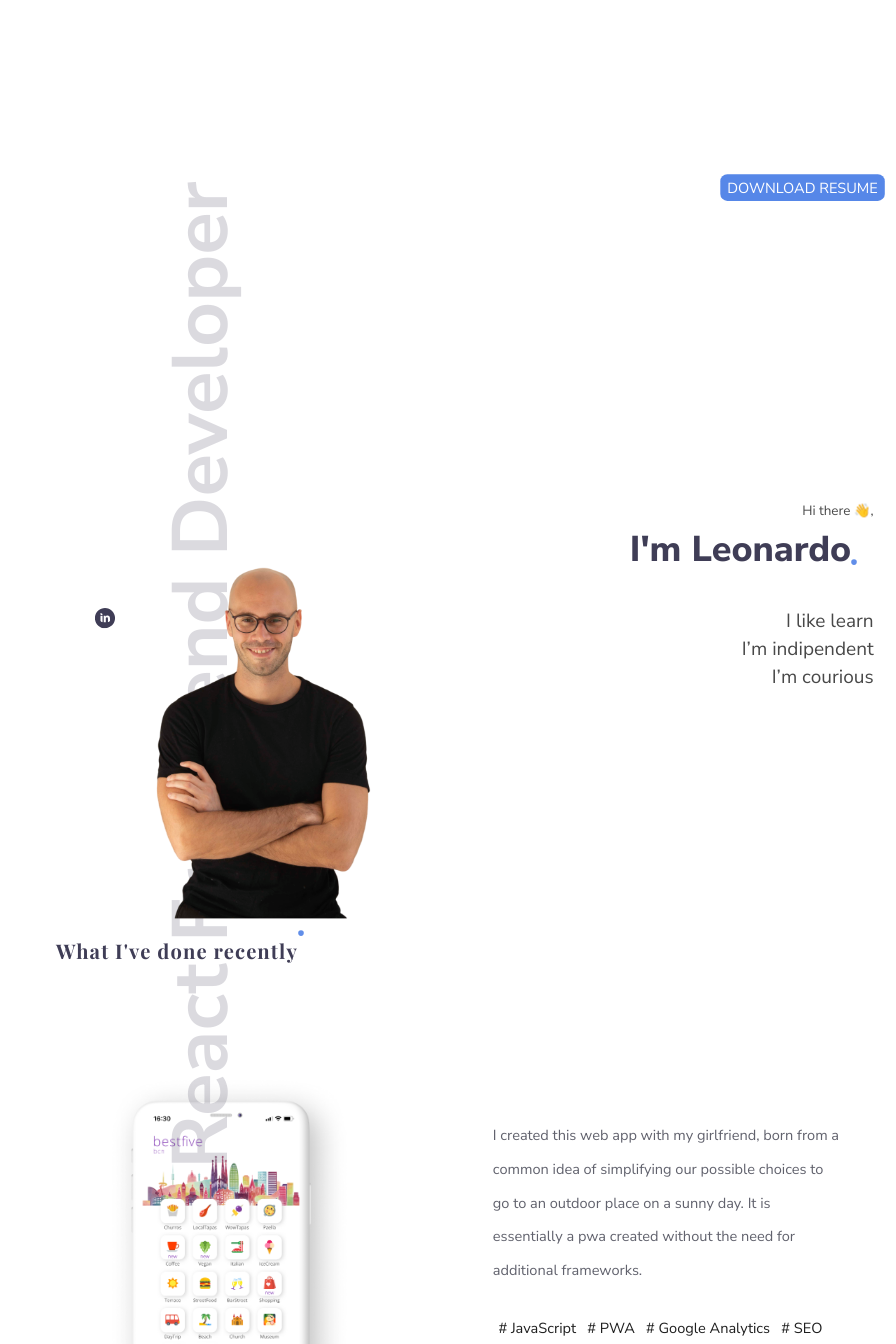
Repository: Easaaa/Portfolio-2020
Page: index.html
The author's editor kept a copy of each file at every save. The page is drawn from the files as they stood at one save, then again after the next save.
The browser window is 1280 px wide. The pictures show the part of the page from y = 0 to 1920 px (the page is 7011 px tall), at 70% of full size.
The style sheet was rebuilt from its Sass, Less or Tailwind sources for each picture, by a compiler version that may differ from the author's.

Above is the page before, as saved 2020-02-28 14:07:49.

### index.html
<!DOCTYPE html>
<html lang="en">
  <head>
    <meta charset="UTF-8" />
    <meta name="viewport" content="width=device-width, initial-scale=1.0" />
    <meta http-equiv="X-UA-Compatible" content="ie=edge" />
    <link rel="stylesheet" href="/stylesheets/css/main.css" />
    <title>leonardotononi.com</title>
  </head>
  <body>
    <!--  <nav>
      <ul>
        <li>
          <img src="/assets/hamb.svg" alt="hamburger icon" class="hamb-img" />
        </li>
        <li class="hidden">Works</li>
        <li class="hidden">Contact</li>
      </ul>
    </nav> -->
    <header>
      <div class="actions">
        <div class="socials">
          <a target="_blank" href="https://www.linkedin.com/in/leonardo-tononi/"
            ><img src="/assets/linkedin-with-circle.svg" alt="linkedin icon"
          /></a>
          <a target="_blank" href="https://github.com/Easaaa"
            ><img src="/assets/github-filled.svg" alt="github icon"
          /></a>
        </div>
        <div class="resume-btn">
          <a href="#">Download Resume</a>
        </div>
      </div>

      <div class="content-header">
        <div class="text-header-col">
          <!-- <h4>Full Stack Developer</h4> -->
          <p class="sub-title">Hi there 👋,</p>
          <h1>
            I'm Leonardo
          </h1>
          <p class="about-title">
            I like learn <br />
            I’m indipendent <br />
            I’m courious
          </p>
          <h4>React Front-end Developer</h4>
          <!-- <div class="socials-header">
            <a
              target="_blank"
              href="https://www.linkedin.com/in/leonardo-tononi/"
              ><img src="/assets/linkedin-with-circle.svg" alt="linkedin icon"
            /></a>
            <a target="_blank" href="https://github.com/Easaaa"
              ><img src="/assets/github-filled.svg" alt="github icon"
            /></a>
          </div> -->
        </div>
        <img
          src="/assets/leo-black.png"
          class="image-me-desktop"
          alt="leonardo photo"
        />
      </div>
    </header>
    <section class="works-section">
      <h2>
        What I've done recently
      </h2>
      <div class="work">
        <img src="/assets/bestfive.png" alt="iphone mockup" class="iphone" />
        <div class="work-details">
          <p>
            I created this web app with my girlfriend, born from a common idea
            of ​​simplifying our possible choices to go to an outdoor place on a
            sunny day. It is essentially a pwa created without the need for
            additional frameworks.
          </p>
          <ul class="lan-tag">
            <li># JavaScript</li>
            <li># PWA</li>
            <li># Google Analytics</li>
            <li># SEO</li>
            <li style="width: 11rem;"># Google Maps API</li>
          </ul>
          <div class="project-links">
            <a target="_blank" href="https://github.com/Easaaa/Bestfive-bcn"
              ><img src="/assets/github.svg" alt="git hub icon"
            /></a>
            <a target="_blank" href="https://bestfivebcn.com"
              ><img src="/assets/web.png" alt="world icon"
            /></a>
          </div>
        </div>
      </div>
      <div class="work odds">
        <img
          src="/assets/toureo-admin.png"
          alt="laptop mockup"
          class="desktop"
        />
        <div class="work-details">
          <p>
            After creating the first application and having hard coded the data,
            clearly not the smartest thing, I thought of creating an
            administration page from where I can create and manage the data from
            the database and then pull it from the mobile web app.
            <em
              >If you want have a look, write me an email, because you need the
              access.</em
            >
          </p>
          <ul class="lan-tag">
            <li># React.js</li>
            <li style="width: 10rem;"># Firebase Auth</li>
            <li># Firestore</li>
          </ul>
          <div class="project-links">
            <a
              target="_blank"
              href="https://github.com/Easaaa/admin-app-bestfive"
              ><img src="/assets/github.svg" alt="git hub icon"
            /></a>
            <a target="_blank" href="https://bestfivebcn.netlify.com/"
              ><img src="/assets/web.png" alt="world icon"
            /></a>
          </div>
        </div>
      </div>
      <div class="work">
        <img
          src="/assets/hotel-vittoria.png"
          alt="laptop mockup"
          class="desktop"
        />
        <div class="work-details">
          <p>
            This project with a italian hotel was my first approach to
            programming. In 2018 I made a web site with multilingual support
            with plain Html, css and JavaScript. On this
            <a target="_blank" href="https://vittoriahotel.eu">link</a> you can
            see the previous web and below you can see the new web app that is
            nearly ready to be deployed and so how my skills and tastes have
            evolved.
          </p>
          <ul class="lan-tag">
            <li># Gatsby.js</li>
            <li># Mobile View</li>
            <li># Booking.com API</li>
          </ul>
          <div class="project-links">
            <a
              target="_blank"
              href="https://github.com/Easaaa/hotel-vittoria-2020"
              ><img src="/assets/github.svg" alt="git hub icon"
            /></a>
            <a target="_blank" href="https://hotelvittoria.netlify.com/"
              ><img src="/assets/web.png" alt="world icon"
            /></a>
          </div>
        </div>
      </div>
      <div class="work odds">
        <img
          src="/assets/books-manager.png"
          alt="laptop mockup"
          class="desktop"
        />
        <div class="work-details">
          <p>
            This is a simple project made with react redux to test my
            understanding and the power of this stack.
          </p>
          <ul class="lan-tag">
            <li># React.js</li>
            <li># Redux</li>
            <li># Firebase Auth</li>
            <li># Google Books APIs</li>
          </ul>
          <div class="project-links">
            <a target="_blank" href="https://github.com/Easaaa/Book-manager"
              ><img src="/assets/github.svg" alt="git hub icon"
            /></a>
            <a target="_blank" href="https://books-manager.netlify.com/"
              ><img src="/assets/web.png" alt="world icon"
            /></a>
          </div>
        </div>
      </div>
      <h2>
        What I'm currently working on
      </h2>
      <div class="work">
        <img
          src="/assets/toureo-proto.png"
          alt="iphone mockup"
          class="iphone"
        />
        <div class="work-details">
          <p>
            I am recreating the first application (bestfive). The aim is to
            create the application with React Native, building more complex
            features, such as a more functional map, with filters and better
            interactions.
          </p>
          <ul class="lan-tag">
            <li># ReactNative</li>
            <li># Firebase</li>
          </ul>
          <div class="project-links"></div>
        </div>
      </div>
    </section>
    <section class="skill-section">
      <h2>
        Skills
      </h2>
      <ul class="skills">
        <li><img src="/assets/icon-skills/javascript.svg" alt="" /></li>
        <li><img src="/assets/icon-skills/react.svg" alt="" /></li>
        <li><img src="/assets/icon-skills/redux.svg" alt="" /></li>
        <li><img src="/assets/icon-skills/gatsby.svg" alt="" /></li>
        <li><img src="/assets/icon-skills/firebase.svg" alt="" /></li>
        <li><img src="/assets/icon-skills/sass.svg" alt="" /></li>
        <li><img src="/assets/icon-skills/html-5.svg" alt="" /></li>
        <li><img src="/assets/icon-skills/css-3.svg" alt="" /></li>
        <li><img src="/assets/icon-skills/logo-pwa.svg" alt="" /></li>
        <li><img src="/assets/icon-skills/figma.svg" alt="" /></li>
      </ul>
    </section>
    <footer>
      <h2>How to contact me</h2>
      <p>
        I am available for freelancer jobs and to work in your company. If you
        think I would be a good fit for you, send me an email.
      </p>
      <a href="mailto:leonardotononi@gmail.com" target="_top">
        <h5>leonardotononi@gmail.com</h5></a
      >
      <a href="/CV ENG - 02:2020.pdf" download>Download resume</a>
      <div class="social-links">
        <a target="_blank" href="https://www.linkedin.com/in/leonardo-tononi/"
          ><img src="/assets/linkedin-with-circle.svg" alt="linkedin icon"
        /></a>
        <a target="_blank" href="https://github.com/Easaaa"
          ><img src="/assets/github-filled.svg" alt="github icon"
        /></a>
      </div>
    </footer>
  </body>
</html>

### stylesheets/scss/main.scss
@import url("https://fonts.googleapis.com/css?family=Nunito+Sans:400,600,700,800&display=swap");
@import url("https://fonts.googleapis.com/css?family=Playfair+Display:500,700&display=swap");

* {
  padding: 0;
  margin: 0;
  box-sizing: border-box;
}

html {
  height: 100%;
  font-family: "Nunito Sans", sans-serif;
  -ms-text-size-adjust: 100%;
  -webkit-text-size-adjust: 100%;
}

body {
  width: 100%;
  height: 100%;
  -webkit-font-smoothing: antialiased;
  -moz-osx-font-smoothing: grayscale;
  font-size: 16px;
  display: block;
  min-width: 100%;
  margin-right: auto;
  margin-left: auto;
  float: right;
  clear: none;
  color: #1e1e1e;
  font-style: normal;
}

// GENERAL STYLE

ul li {
  list-style: none;
}

h2 {
  font-size: 1.8rem;
  color: #3f3d56;
  font-weight: 900;
  position: relative;
  font-family: "Playfair Display", serif;
  letter-spacing: 1.6px;

  &:after {
    content: "";
    width: 5px;
    height: 5px;
    background-color: #618ee9;
    border-radius: 50%;
    bottom: 0;
    position: absolute;
  }
}

a {
  cursor: pointer;
}

// NAV

nav {
  position: absolute;
  right: 0;
  font-size: 1.2rem;

  .hamb-img {
    cursor: pointer;
  }

  ul {
    text-align: end;

    li {
      margin: 10px;
      text-transform: uppercase;
    }

    .hidden {
      display: none;
    }
  }
}

// HEADER

header {
  width: 100%;
  padding: 1rem 0 4rem 0;
  height: 90vh;

  .actions {
    padding: 0 1rem;
    width: 100%;
    display: flex;
    justify-content: space-between;

    img {
      margin: 0 5px;
      width: 30px;
    }

    .resume-btn {
      padding-top: 4px;

      a {
        background-color: #5687E8;
        padding: 5px 10px;
        border-radius: 10px;
        color: #fff;
        text-decoration: none;
        text-transform: uppercase;
      }
    }
  }

  .content-header {
    padding: 3rem 0;
    border-radius: 5px;
    height: 450px;
    top: 50%;
    position: relative;
    margin-top: -225px;

    .sub-title {
      font-size: 1.2rem;
      padding: 0 2rem;
    }

  }

  h1 {
    color: #3f3d56;
    font-size: 2.5rem;
    text-align: end;
    font-weight: 900;
    padding: 0 2rem;
    position: relative;

    &:after {
      content: "";
      width: 5px;
      height: 5px;
      background-color: #618ee9;
      border-radius: 50%;
      bottom: 0.7rem;
      position: absolute;
    }
  }

  h4 {
    color: #3f3d56a1;
    padding: 1rem 2rem;
    font-size: 1.7rem;
    text-align: end;
    color: #618EE9;
  }

  p {
    color: #484848;
    text-align: end;
    font-weight: 400;
    font-size: 1.7rem;
    padding: 1rem 2rem;
    line-height: 2.5rem;
    margin: 0;
  }

  .socials-header {
    padding: 3rem 1rem 0rem 1rem;

    a img {
      width: 30px;
    }
  }



  .image-me-desktop,
  .image-me-mobile {
    max-width: 80%;
    margin: 0 auto -6px 20px;
    mix-blend-mode: normal;
  }

  .image-me-desktop {
    display: none;
  }
}

// WORKS

.works-section {
  max-width: 1400px;
  margin: 0 auto;
  padding: 1rem 2rem;

  img {
    width: 100%;
    margin: 0 auto;
    max-width: 450px;
    display: block;
    object-fit: cover;
    transition: transform 150ms ease-in;

    &:hover {
      transform: scale(1.05);
    }
  }

  .work {
    padding: 5rem 0;

    em {
      font-weight: 100;
    }

    .project-links {
      padding: 1rem 0;
      display: inline-flex;

      a {
        padding: 1rem;
        color: #fff;
        background-color: #618ee924;
        margin: 0 10px;
        border-radius: 50%;
      }

      img {
        width: 30px;
      }
    }
  }

  .iphone {
    width: 70%;
  }

  .desktop {
    max-width: 700px;
  }

  p {
    color: #61626d;
    padding: 1.3rem 0;
    line-height: 35px;
    font-size: 1.3rem;

    a {
      color: #5687e8;
    }
  }

  .lan-tag {
    padding: 1rem 0;
    display: flex;
    flex-wrap: wrap;
    justify-content: flex-start;

    li {
      padding: 0.5rem;
      font-size: 1.3rem;
      text-align: center;
      border-radius: 40px;
    }

    .js {
      background-color: #f7df1e;
    }

    .react {
      background-color: #00d8ff;
    }

    .firebase {
      background-color: #fcca3f;
    }

    .redux {
      background-color: #764abc;
    }

    .pwa {
      background-color: #a34a4a;
      color: #fff;
    }
  }
}

// SKILLS

.skill-section {
  padding: 5rem 2rem;

  h2 {
    margin-bottom: 2rem;
  }

  .skills {
    display: flex;
    flex-wrap: wrap;
    justify-content: space-evenly;

    li {
      width: 100px;
      text-align: center;
      padding: 1rem;

      img {
        width: 40px;
      }
    }
  }
}

// FOOTER

footer {
  padding: 2rem;

  h2 {
    margin-bottom: 2rem;
  }

  p {
    color: #61626d;
    text-align: start;
    font-weight: 400;
    line-height: 2.5rem;
    padding-bottom: 2rem;
    font-size: 1.3rem;
  }

  h5 {
    font-size: 1.2rem;
    font-weight: 400;
    color: #5687e8;
    padding-bottom: 2rem;
  }

  a {
    color: #5687e8;
  }

  .social-links {
    padding: 2rem 0;
    width: 100%;
    text-align: end;

    img {
      width: 30px;
      margin: 0 10px;
      color: #3f3d56;
    }

    a {
      text-decoration: none;
      color: #3f3d56;
    }
  }
}

@media only screen and (min-width: 700px) {
  body {
    font-size: 1.3rem;
    max-width: 800px;
    margin: 0 auto;
  }



  .works-section {
    padding: 5rem;

    .odds:last-of-type {
      padding: 3rem 0;
    }

    .work {
      padding: 10rem 0;

      p {
        line-height: 3rem;
      }


    }

    .desktop {
      padding-bottom: 4rem;
    }
  }

  .skill-section {
    padding: 5rem;

    .skills li img {
      width: 50px;
    }
  }

  footer {
    padding: 12rem 5rem;
  }
}

@media only screen and (min-width: 1000px) {
  h2 {
    &:after {
      bottom: 2.5rem;
      width: 8px;
      height: 8px;
    }
  }

  nav {
    position: initial;
    font-size: 1.2rem;
    width: 100%;
    text-align: center;

    .hamb-img {
      display: none;
    }

    ul {
      text-align: center;

      li {
        margin: 10px 30px;
        cursor: pointer;
        color: #3f3d56;
        font-weight: bold;
      }

      .hidden {
        display: inline-block;
      }
    }
  }

  .image-me-mobile {
    display: none;
  }

  header {
    margin: 12em 0;
    padding: 0;
    position: relative;

    img {
      margin: 0;
      position: absolute;
      bottom: 0;
      left: 130px;
    }

    h4 {
      font-size: 7rem;
      position: absolute;
      transform: rotate(-90deg);
      left: -450px;
      top: 38%;
      color: #3f3d5630;
    }

    .content-header {
      padding: 0;
      height: 700px;
      max-width: 1300px;
      margin: 0 0 0 auto;
    }

    .image-me-desktop {
      display: inline-block;
    }

    .text-header-col {
      padding: 5em 0;

      .socials-header {
        display: none;
      }

      h1 {
        padding: 0 4rem 2rem 0;
        font-size: 3.2rem;

        &:after {
          bottom: 2.8rem;
          width: 8px;
          height: 8px;
        }
      }
    }
  }

  .works-section {
    padding: 12rem 5rem;

    .work {
      display: grid;
      grid-template-columns: 1fr 1fr;
      grid-gap: 8rem;
      place-content: center;
      place-items: center;

      .lan-tag {
        justify-content: flex-start;
      }
    }

    .odds {
      img {
        order: 2;
      }

      p {
        text-align: end;
      }

      .lan-tag {
        justify-content: flex-end;
      }

      .project-links {
        justify-content: flex-end;
        width: 100%;
      }
    }
  }

  .skill-section {
    max-width: 1200px;
    background-color: #d7dce44a;
  }

  footer {
    max-width: 1100px;
    margin: 0 auto 0 0;
  }
}

@media only screen and (min-width: 1500px) {
  header img {
    left: initial;
  }
}

@media only screen and (min-width: 2000px) {
  header {
    max-width: 2000px;
    margin: 12em auto 0 auto;

    img {
      left: 25rem;
    }
  }
}

After the next save:
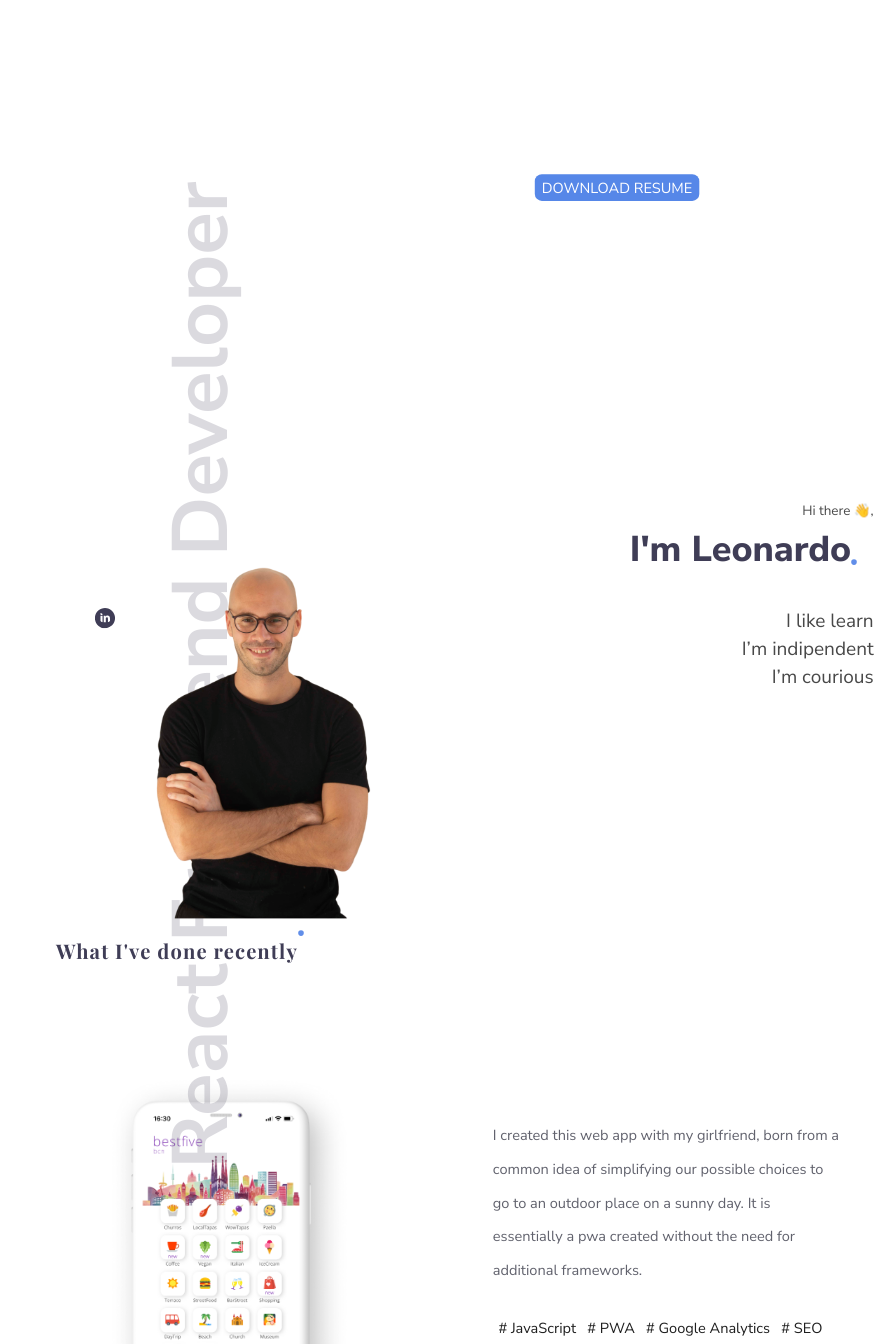
Saved 77 s later.
--- a/stylesheets/scss/main.scss
+++ b/stylesheets/scss/main.scss
@@ -370,7 +370,10 @@
     margin: 0 auto;
   }
 
-
+  .actions {
+    max-width: 750px;
+    margin: 0 auto;
+  }
 
   .works-section {
     padding: 5rem;

After the save that followed:
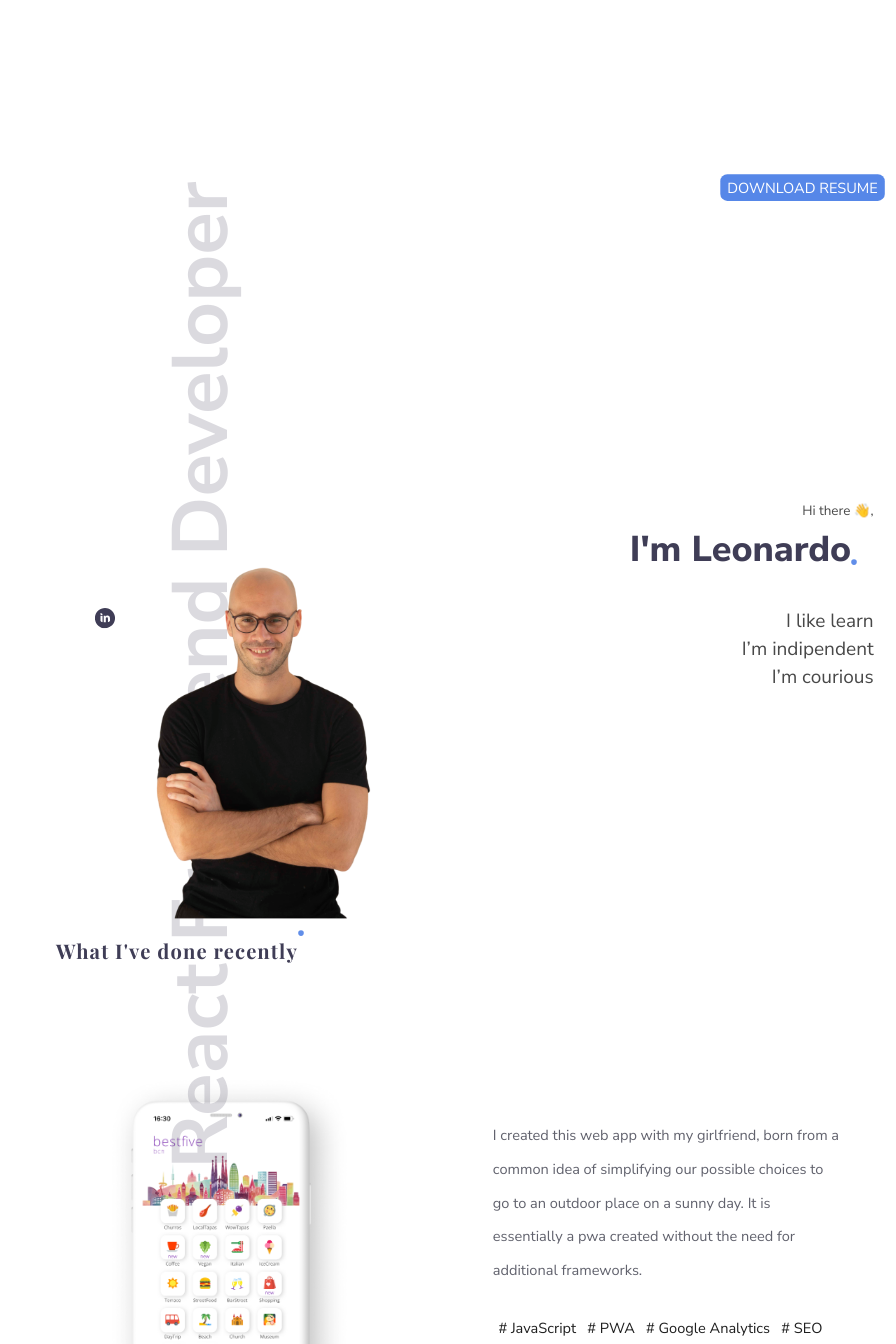
Saved 13 s later.
--- a/stylesheets/scss/main.scss
+++ b/stylesheets/scss/main.scss
@@ -370,7 +370,7 @@
     margin: 0 auto;
   }
 
-  .actions {
+  .header {
     max-width: 750px;
     margin: 0 auto;
   }
